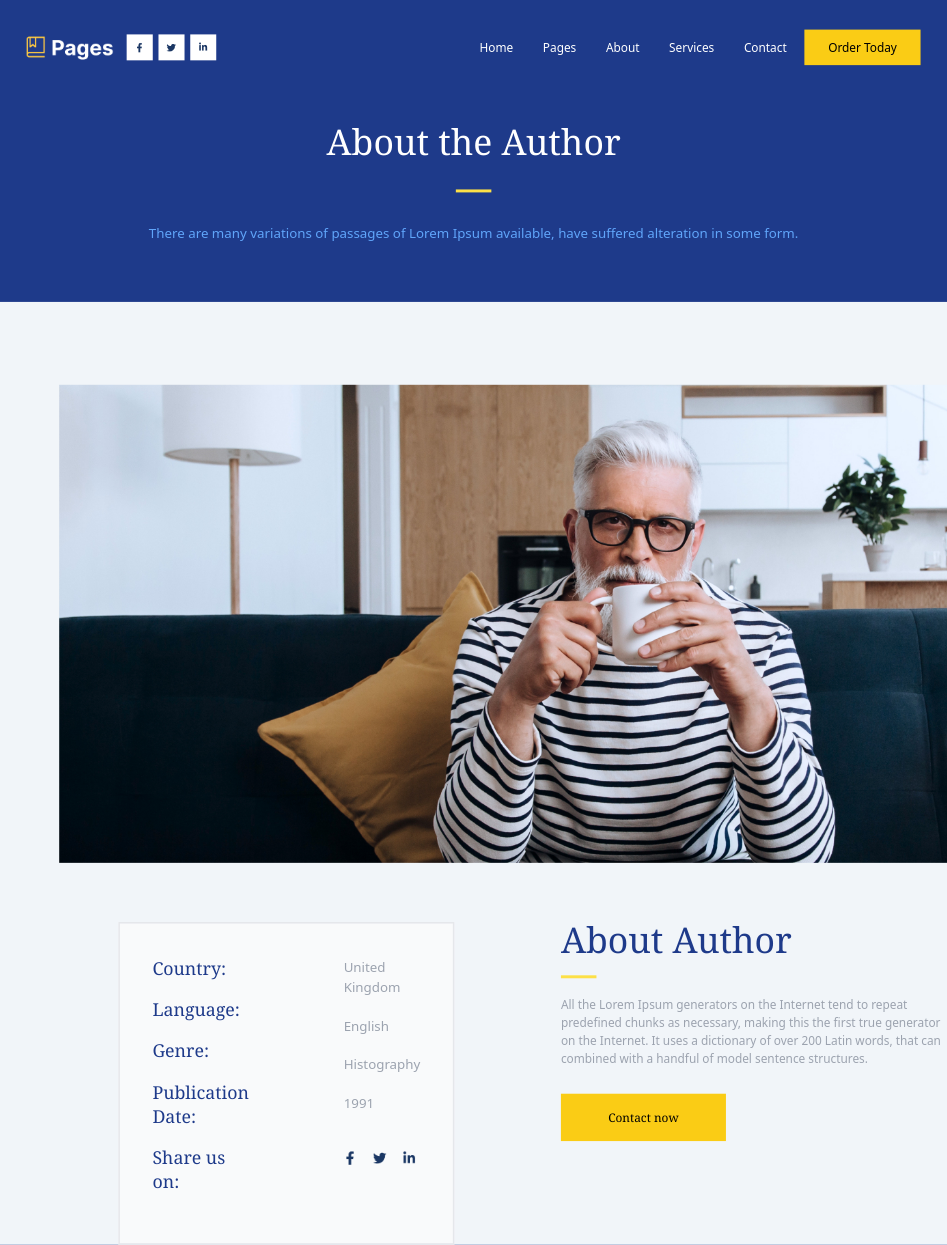
Repository: Godnorg/Class3
Page: index.html
The author's editor kept a copy of each file at every save. The page is drawn from the files as they stood at one save, then again after the next save.
The browser window is 1280 px wide. The pictures show the whole page, at 74% of full size.
Some web libraries are served in a nearby version.

Above is the page before, as saved 2023-02-20 03:34:20.

### index.html
<!DOCTYPE html>
<html lang="en">
<head>
    <meta charset="UTF-8">
    <meta http-equiv="X-UA-Compatible" content="IE=edge">
    <meta name="viewport" content="width=device-width, initial-scale=1.0">
    <title>Class3</title>
    <script src="https://cdn.tailwindcss.com"></script>
</head>
<body class="w-full bg-blue-900">
<div class="flex items-center justify-between w-full pt-10 mx-auto px-9 max-w-7xl">
    <div class="flex gap-4 ">
    <img src="./Logo.png">
    <img src="./soc-icons.png" class="h-9">
    </div>
    <div class="flex gap-6">
        <ul class="flex items-center gap-10 text-white">
            <li><a href="#">Home</a></li>
            <li><a href="#">Pages</a></li>
            <li><a href="#">About</a></li>
            <li><a href="#">Services</a></li>
            <li><a href="#">Contact</a></li>
        </ul>
        <button class="px-8 py-3 mx-auto bg-yellow-400 font-sans-serif">Order Today</button>
    </div>
    </div>
    <div class="items-center mx-auto">
    <h1 class="items-center pt-20 pb-10 font-serif text-5xl text-center text-white">About the Author</h1>
        <div
            class="items-center w-12 h-1 mx-auto text-center bg-yellow-300">
        </div>
        <p class="items-center pt-10 pb-20 mx-auto text-lg text-center text-blue-400">There are many variations of passages of Lorem Ipsum available, have suffered alteration in some form.</p>
    </div>

    <div class= " bg-slate-100">
        <div class="relative w-full pb-20 pl-20 mx-auto pt-28 max-w-7xl">
        <img src="./oldman2.jpg">
        </div>
        <div class="flex flex-row max-w-7xl">
        <div class="max-w-xl ml-40 h-2/3 mr-96 bg-gray-50">
            <div class="flex mt-0 border-2 pt-11 px-11 pb-11">
                <div class="pr-32">
                <h2 class="flex pb-6 font-serif text-2xl font-medium text-blue-900">Country:</h2>
                <h2 class="flex pb-6 font-serif text-2xl text-blue-900 font-bod">Language:</h2>
                <h2 class="flex pb-6 font-serif text-2xl font-medium text-blue-900">Genre:</h2>
                <h2 class="flex pb-6 font-serif text-2xl font-medium text-blue-900">Publication Date:</h2>
                <h2 class="flex pb-6 font-serif text-2xl font-medium text-blue-900">Share us on:</h2>
                </div>
                <div class="p-0">
                <p class="pb-6 pr-0 text-lg text-gray-400 ">United Kingdom</p>
                <p class="pb-6 pr-0 text-lg text-gray-400">English</p>
                <p class="pb-6 pr-0 text-lg text-gray-400">Histography</p>
                <p class="pb-6 pr-0 text-lg text-gray-400">1991</p>
                <img src="./socialmedia.png" class="pb-6 pr-0 pt-7">
                </div>
            </div>
        </div>
        <div class="-ml-60">
          <h1 class="font-serif text-5xl text-blue-900">About Author</h1>
          <div class="w-12 h-1 my-6 bg-yellow-300"></div>
          <p class="text-gray-400 mr-">All the Lorem Ipsum generators on the Internet tend to repeat predefined chunks as necessary, making this the first true generator on the Internet. It uses a dictionary of over 200 Latin words, that can combined with a handful of model sentence structures.</p>
          <button class="px-16 py-5 mx-auto font-serif bg-yellow-400 mt-9">Contact now</button>
        </div>
    </div>
</div>

<div>

</div>

</body>
</html>

After the next save:
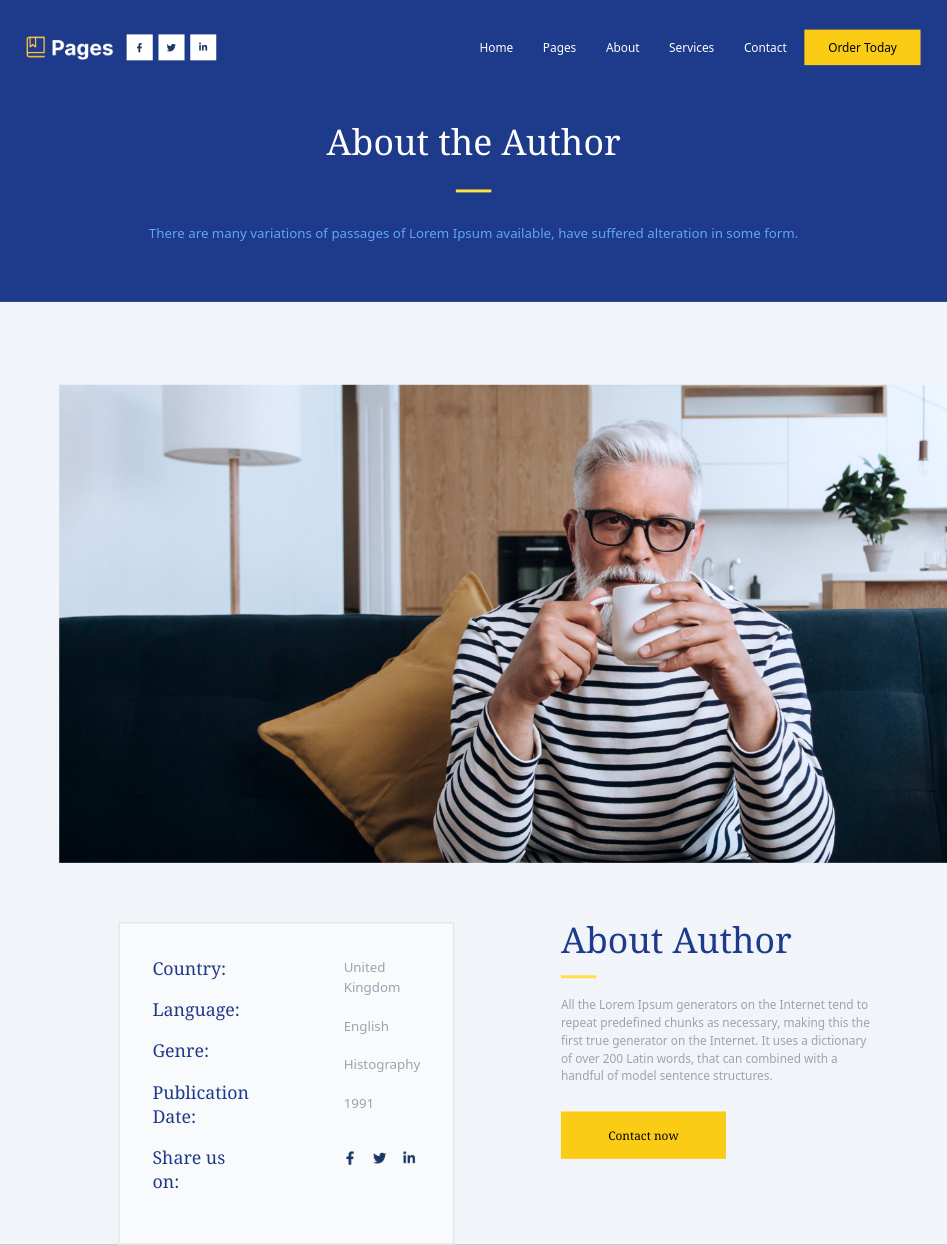
Saved 9 s later.
--- a/index.html
+++ b/index.html
@@ -58,7 +58,7 @@
         <div class="-ml-60">
           <h1 class="font-serif text-5xl text-blue-900">About Author</h1>
           <div class="w-12 h-1 my-6 bg-yellow-300"></div>
-          <p class="text-gray-400 mr-">All the Lorem Ipsum generators on the Internet tend to repeat predefined chunks as necessary, making this the first true generator on the Internet. It uses a dictionary of over 200 Latin words, that can combined with a handful of model sentence structures.</p>
+          <p class="mr-24 text-gray-400">All the Lorem Ipsum generators on the Internet tend to repeat predefined chunks as necessary, making this the first true generator on the Internet. It uses a dictionary of over 200 Latin words, that can combined with a handful of model sentence structures.</p>
           <button class="px-16 py-5 mx-auto font-serif bg-yellow-400 mt-9">Contact now</button>
         </div>
     </div>

After the save that followed:
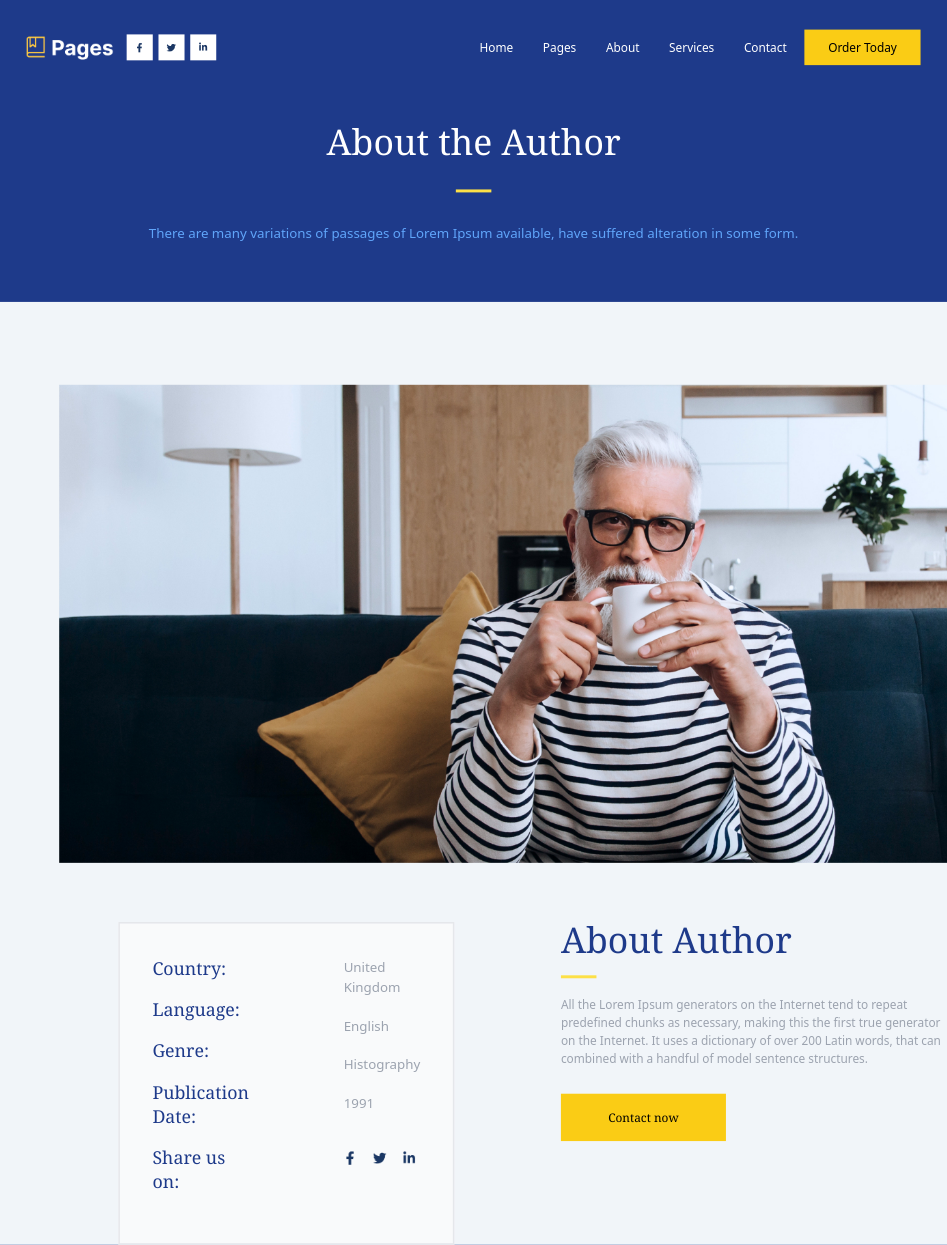
Saved 29 s later.
--- a/index.html
+++ b/index.html
@@ -58,7 +58,7 @@
         <div class="-ml-60">
           <h1 class="font-serif text-5xl text-blue-900">About Author</h1>
           <div class="w-12 h-1 my-6 bg-yellow-300"></div>
-          <p class="mr-24 text-gray-400">All the Lorem Ipsum generators on the Internet tend to repeat predefined chunks as necessary, making this the first true generator on the Internet. It uses a dictionary of over 200 Latin words, that can combined with a handful of model sentence structures.</p>
+          <p class="text-gray-400 mr-">All the Lorem Ipsum generators on the Internet tend to repeat predefined chunks as necessary, making this the first true generator on the Internet. It uses a dictionary of over 200 Latin words, that can combined with a handful of model sentence structures.</p>
           <button class="px-16 py-5 mx-auto font-serif bg-yellow-400 mt-9">Contact now</button>
         </div>
     </div>
